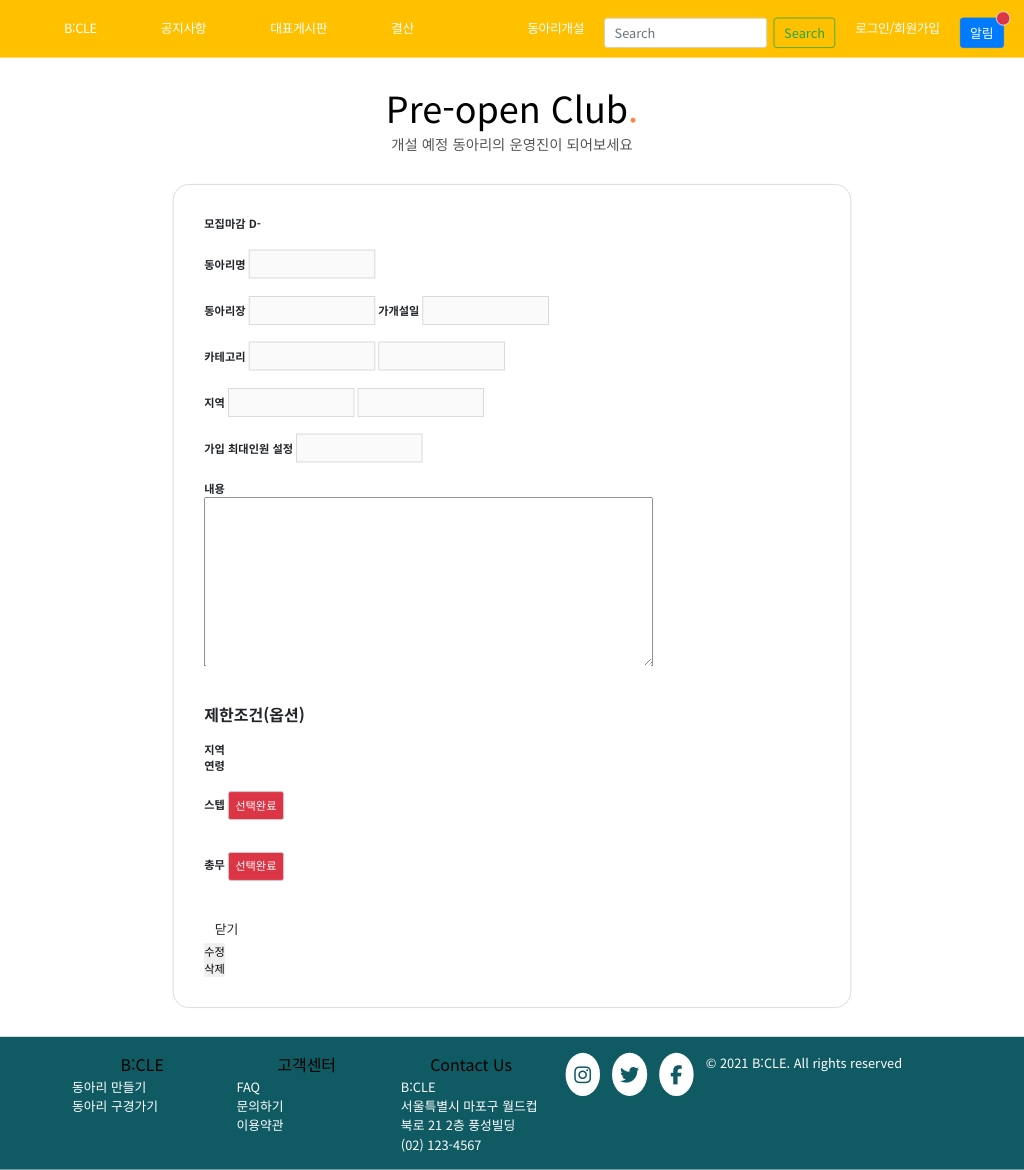
Repository: CHAEYUN7074/SpringProject
Page: http://localhost/viewpages/WEB-INF/view/ClubBeforeOpenedContents.jsp
These files come from the project's save history. The page is drawn as it stood at one moment and after the next save; the edit follows.
The browser window is 1280 px wide. The pictures show the whole page, at 80% of full size.
Some web fonts or font styles are not loaded; a fallback is used. Some web libraries are served in a nearby version. The page is served by Tomcat 9. Nobody is signed in. The template is opened directly, without the code that normally fills it, so the values that code supplies are empty.

Above is the page before, as saved 2021-12-27 14:11:31.

After the next save:
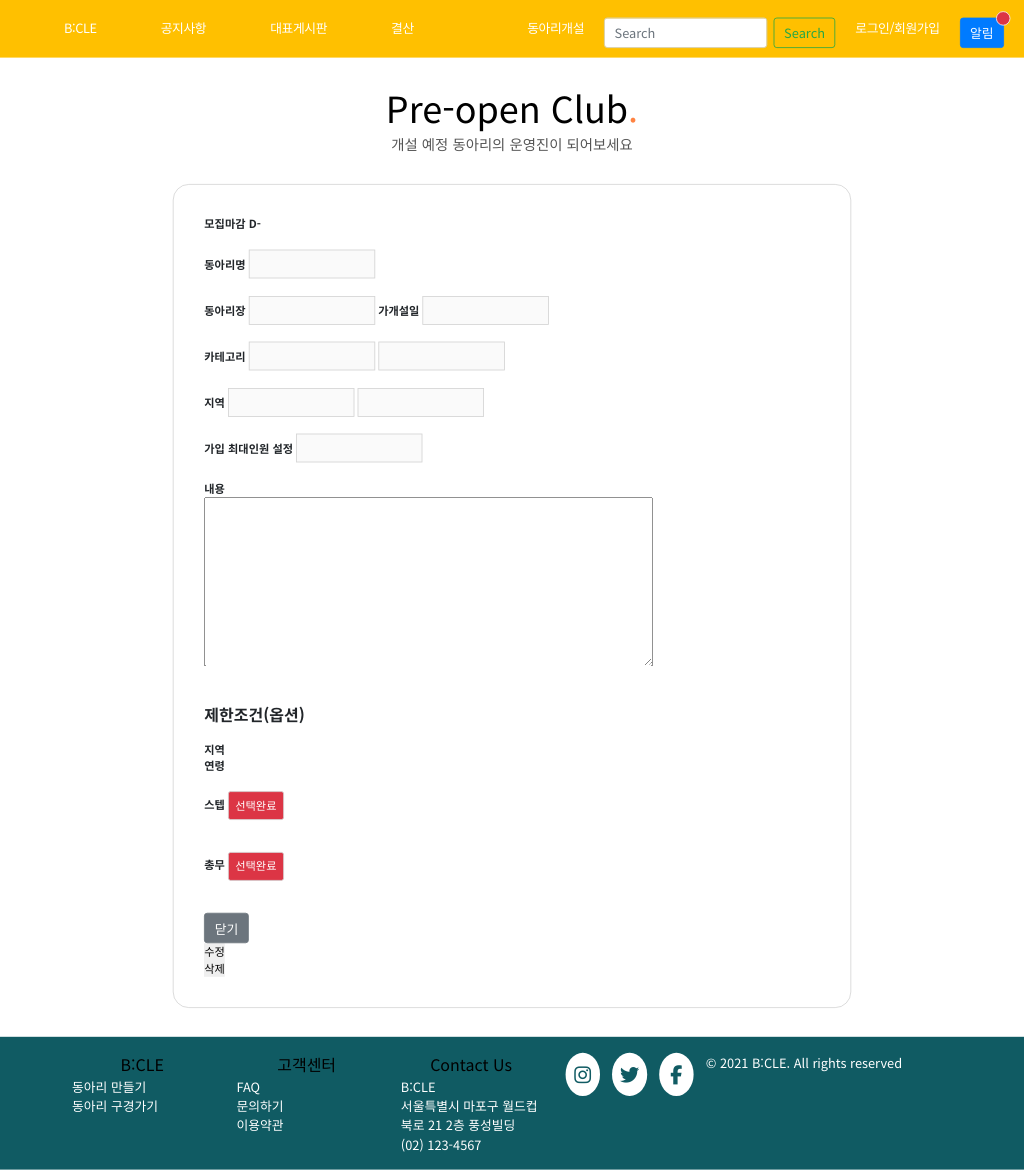
Saved 83 s later.
--- a/viewpages/WebContent/WEB-INF/view/ClubBeforeOpenedContents.jsp
+++ b/viewpages/WebContent/WEB-INF/view/ClubBeforeOpenedContents.jsp
@@ -398,7 +398,8 @@ ClubBeforeOpenedContents.jsp
                      </div>
 
                   <div>
-                        <button type="button" class="btn" id="closeBtn" onclick="location.href='clubprelistform.action'">닫기</button>
+
+                        <button type="button" class="btn btn-secondary" id="closeBtn" onclick="location.href='clubprelistform.action'">닫기</button>
                         <button type="button" class="updateBtn" id="updateBtn" onclick="checkId()" value="${clubDetail.cid }" style="display: block">수정</button>
                         <button type="button" class="deleteBtn" id="deleteBtn" onclick="checkId2()" value="${clubDetail.cid }">삭제</button>
                      </div>
